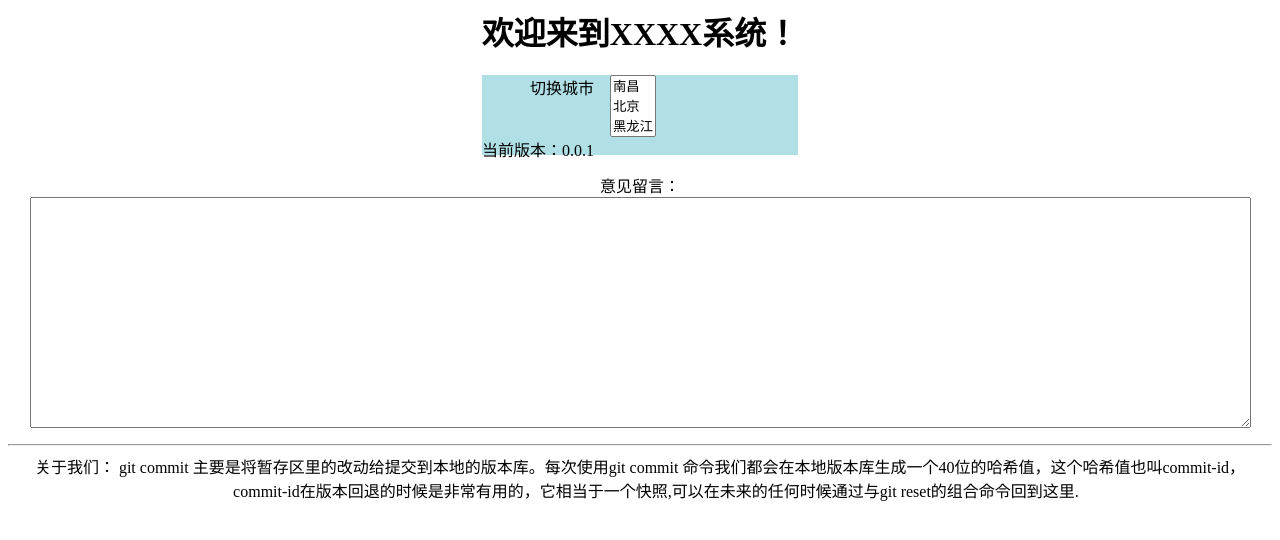
Repository: never-404/Intelligent-recommendation-system
Page: http://localhost/Intelligent-recommendation-system/mine.jsp
The author's editor kept a copy of each file at every save. The page is drawn from the files as they stood at one save, then again after the next save.
The browser window is 1280 px wide. The pictures show the whole page.
The page is served by Tomcat 9. Nobody is signed in. The application's start-up code is not run. Other server files are loaded and not shown.

Above is the page before, as saved 2019-04-12 10:02:59.

### Intelligent-recommendation-system/WebRoot/mine.jsp
<%@ page language="java" contentType= "text/html;charset=gb2312" %>
<html>

	<head>
		<title>登录页面</title>
	    <meta charset="utf-8">

		<style type="text/css">
		.title
		{
			margin:auto;
			width:25%;
			background-color:#b0e0e6;
		}
		.table
		{
			margin:auto;
			width:25%;
			background-color:#b0e0e6;
		}
		lable { float: left; width: 7em; margin-right:1em; text-align: right; }
		h1	  {text-align: center}

        .a{
            text-align:center;
            vertical-align:middle;
        }
        img{max-width: 100%; height:auto;}

</style>
	</head>

	<body>

	<h1>欢迎来到XXXX系统！</h1>
    <div class="table">
    	<lable>切换城市</lable>
    	<select size="3">
    		<option>南昌</option>
    		<option>北京</option>
    		<option>黑龙江</option>
    	</select>
        <br>
        <lable>当前版本：0.0.1</lable>
        <br>
    </div>
    <br>
    <div class="a">
	<form>
		意见留言：<br>
		<textarea rows="15" cols="150"></textarea><br>
	</form>
	<hr>
	关于我们： git commit 主要是将暂存区里的改动给提交到本地的版本库。每次使用git commit 命令我们都会在本地版本库生成一个40位的哈希值，这个哈希值也叫commit-id，
　　commit-id在版本回退的时候是非常有用的，它相当于一个快照,可以在未来的任何时候通过与git reset的组合命令回到这里.
        <br>

	</div>

	</body>


</html>

After the next save:
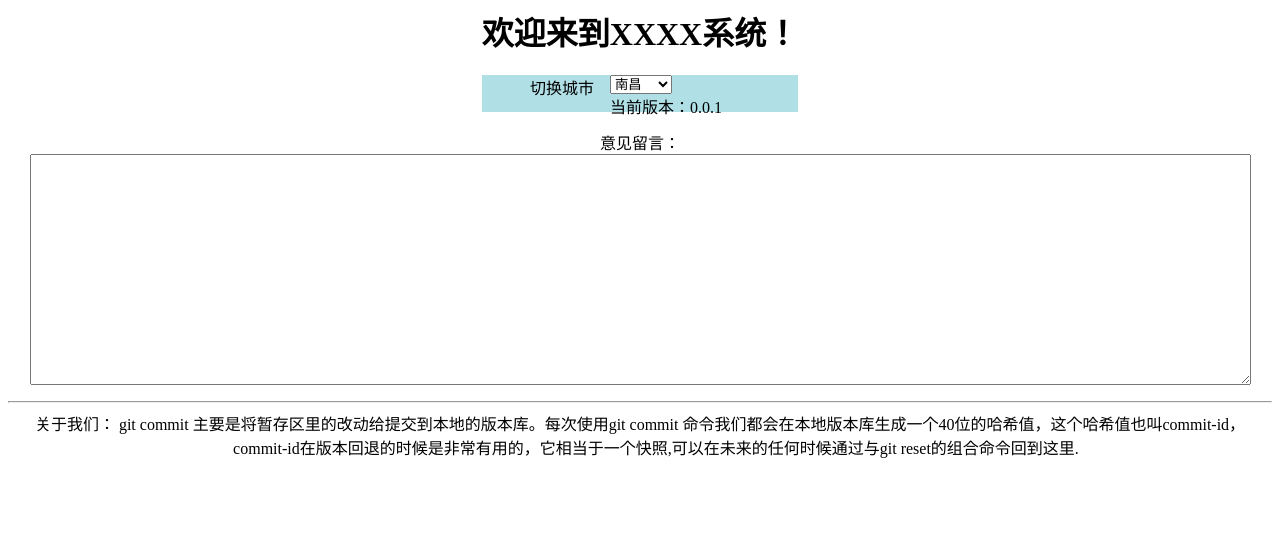
Saved 25 s later.
--- a/Intelligent-recommendation-system/WebRoot/mine.jsp
+++ b/Intelligent-recommendation-system/WebRoot/mine.jsp
@@ -35,7 +35,7 @@
 	<h1>欢迎来到XXXX系统！</h1>
     <div class="table">
     	<lable>切换城市</lable>
-    	<select size="3">
+    	<select>
     		<option>南昌</option>
     		<option>北京</option>
     		<option>黑龙江</option>
